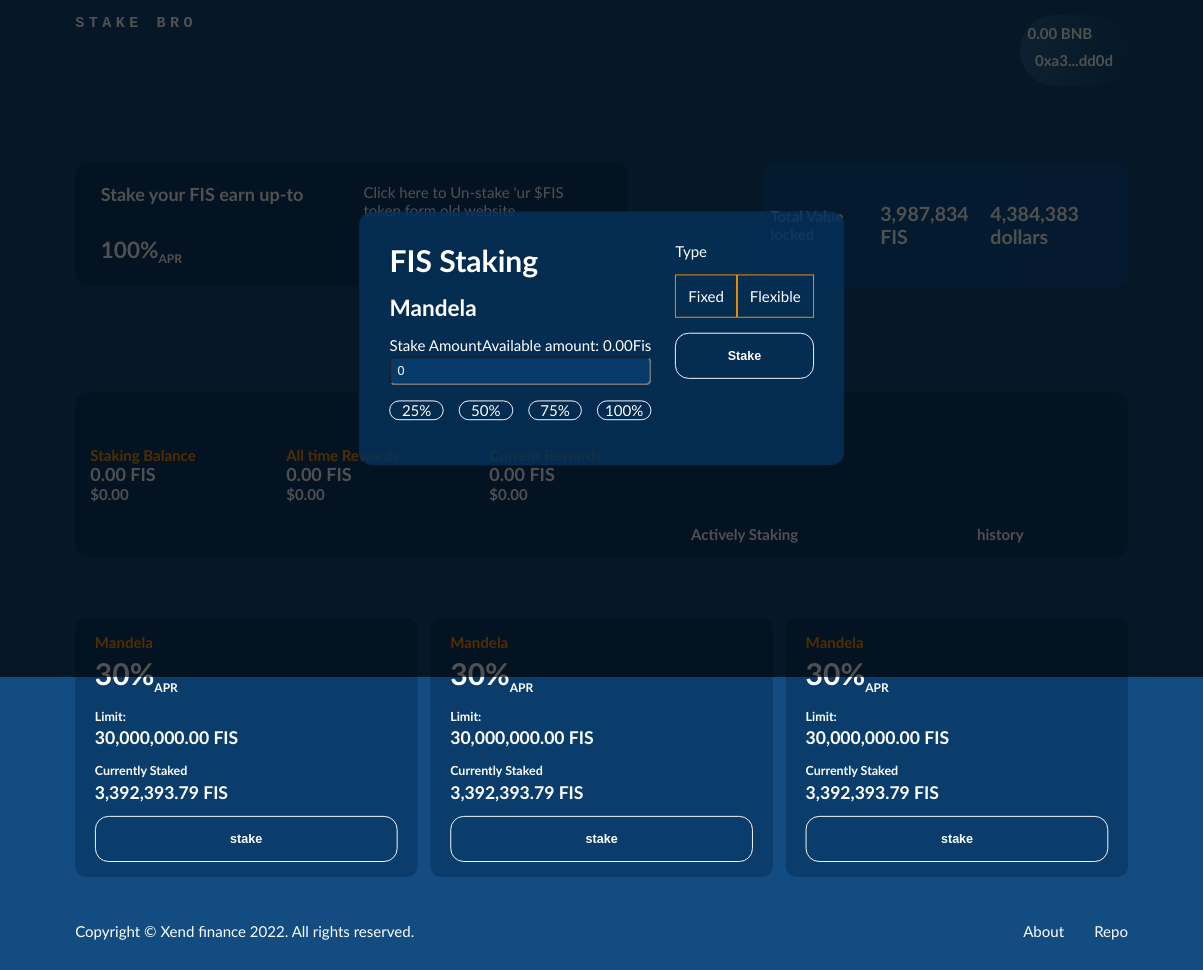
Repository: NorVirae/Stake
Page: /, after clicking the first element matching `button.stake-button`
These files come from the project's save history. The page is drawn as it stood at one moment and after a run of saves; the edit follows.
The browser window is 1280 px wide. The pictures show the whole page, at 94% of full size.
The project was rebuilt for these pictures with package versions that can differ from the ones it lists, and the page was loaded fresh each time.

Above is the page before, as saved 2022-04-18 19:19:49.

### src/App.tsx
import React, { useState } from 'react';
import AccountInfoCard from './components/cards/account-info-card';
import AprCard from './components/cards/apr-card';
import StakeModal from './components/modals/stake-modal';
import './styles/app.css'

function App() {
  const [isWalletConnected, setIsWalletConnected] = useState(false)
  const [showModal, setShowModal] = useState(false)

  return (
    <div className="stake-container">

      {showModal && <StakeModal showModal={showModal} setShowModal={setShowModal}/>}
      <header>
        <nav>
            <a href='logo' className='logo'>Stake Bro</a>
            <ul>
              {
                isWalletConnected?
                  <li className='connect-wallet-btn'>Connect Wallet</li>:
                  <li className='connect-wallet-btn'>0.00 BNB
                    <li className='connect-wallet-btn'>0xa3...dd0d</li>
                </li>
                }

            </ul>
        </nav>
      </header>



      <main>
        <section className='info-global'>
          <div className='info-main'>
            <div className='inner-container-left'>
              <h1 className='earn-text'> Stake your FIS earn up-to</h1>
              <h1>100%<sub className='sub'>APR</sub></h1>

            </div>

            <div className='inner-container-right'>
              <p>Click here to Un-stake 'ur $FIS token form old website</p>
              {/* <span>{"=>"}</span> */}
            </div>
          </div>

          <div className='public-stake-info'>
            <h3 className='total-locked'>Total Value locked</h3>
            <h1 className='total-locked-token'>3,987,834 FIS</h1>
            <h2 className='total-locked-dollars'>4,384,383 dollars</h2>

          </div>

        </section>

        <section className='connection-info'>
          {
          isWalletConnected?
          <div className={'connection-container-user'}>
            <div className='connection-info-text'>No Wallet connected</div>
            <div> Connect wallet to see your balance</div>
          </div>
          :
          <>
          <div className='user-stake-info-container'>
            <AccountInfoCard title='Staking Balance' token='0.00' dollarEquiv='0.00'/>

            <AccountInfoCard title='All time Rewards' token='0.00' dollarEquiv='0.00'/>


            <AccountInfoCard title='Current Rewards' token='0.00' dollarEquiv='0.00'/>


          </div>

          <div className='info-redirect'>
            <h1>Actively Staking </h1>
            <h1>history </h1>

          </div>

          </>
          }
        </section>

        <section className='reward'>
          <AprCard stakeAction={setShowModal}/>
          <AprCard stakeAction={setShowModal}/>
          <AprCard stakeAction={setShowModal}/>
        </section>

      </main>

      <footer>
        <div className='copyright-info'>
          Copyright &copy; Xend finance 2022. All rights reserved.
        </div>
        <ul>
          <li>About</li>
          <li>Repo</li>

        </ul>
      </footer>

    </div>
  );
}

export default App;

### src/components/cards/account-info-card.tsx
import React from 'react';

interface StakeInfoParams {
    title:string,
    token:string,
    dollarEquiv:string
}

const AccountInfoCard:React.FC<StakeInfoParams> = ({title, token, dollarEquiv}) => {
    return <div className='user-stake-info'>
                <h2 className='staking-balance'>{title}</h2>
                <h1 className='token-balance-fis'>{token} FIS</h1>
                <h2 className='token-balance-dollars'>${dollarEquiv}</h2>
            </div>
}

export default AccountInfoCard;

### src/components/cards/apr-card.tsx
import React, { useState } from "react";

interface AprCardInterface{
    stakeAction:any
}

const AprCard:React.FC<AprCardInterface> = ({stakeAction})=>{
    const [isWalletConnected, setIsWalletConnected] = useState(false)
    return <div className='apr-card'>
                <div className='mandela-container'>
                    <h4 className="mandela">Mandela</h4>
                    <h1 className="apr-announce">30%<sub className="sub">APR</sub></h1>
                </div>


                <div className='limit-container'>
                    <h5>Limit:</h5>
                    <h3>30,000,000.00 FIS</h3>
                </div>

                <div className='current-container'>
                    <h5>Currently Staked</h5>
                    <h3>3,392,393.79 FIS</h3>
                </div>

                {isWalletConnected?<button className="stake-button">No wallet connected</button>:
                <button onClick = {e=>stakeAction(true)}
                className="stake-button">stake</button>}

        </div>
}

export default AprCard;

### src/components/modals/stake-modal.tsx
import React, { useState } from 'react';


interface StakeModalInterface{
    setShowModal?:any,
    showModal:boolean
}

const StakeModal:React.FC<StakeModalInterface> = ({setShowModal, showModal}) => {

    const [amountToStake, setAmountToStake] = useState(0)
    return <div onClick={e=>setShowModal(false)} className='stake-modal-container'>

                <div onClick={e=>null} className='stake-modal'>
                    <div className='stake-inner-left'>
                        <h1>FIS Staking</h1>

                        <h2> Mandela</h2>

                        <form>
                            <fieldset className='form-group'>

                                <label className='form-label'><span>Stake Amount </span> <span>Available amount: 0.00Fis</span></label>
                                <input value={amountToStake} className='form-input'/>

                            </fieldset>
                        </form>

                        <div className='percentage-container'>

                            <div className='btn-percentage'>
                                25%

                            </div>

                            <div className='btn-percentage'>
                                50%

                            </div>

                            <div className='btn-percentage'>
                                75%

                            </div>

                            <div className='btn-percentage'>
                                100%

                            </div>
                        </div>

                        <div className='stake-type'>

                        </div>

                    </div>

                    <div className='stake-inner-right'>

                        <div className='type-title'>Type</div>
                        <div className='type-btn-container'>
                            <div className='btn-type'>
                                    Fixed
                            </div>

                            <div className='btn-type'>
                                    Flexible
                            </div>
                        </div>

                        <button className='stake-button'>Stake</button>
                    </div>

                </div>

            </div>


}
export default StakeModal;

### src/styles/app.css
*{
    padding: 0;
    margin: 0;

}

::-webkit-scrollbar{
    background-color: #134C81;
    width: .4rem;
}

::-webkit-scrollbar-thumb{
    background-color: #0c5ba5;
}

img {
    width: 100%;
}

li {
    list-style-type: none;
}

body{
    background-color: #134C81;
    color: #ffff;
    font-family:'Trebuchet MS', 'Lucida Sans Unicode', 'Lucida Grande', 'Lucida Sans', Arial, sans-serif;
}
.stake-container {
    max-width: 70rem;
    margin:auto;
    display: flex;
    flex-direction: column;
    gap: 1rem;
}


nav {
    display:  flex;
    justify-content: space-between;
    padding: 1rem 0;
    position: sticky;
    top:0;
}

main {
    display: flex;
    flex-direction: column;
    gap:4rem;
}
.logo {
    text-decoration: none;
    font-family: 'Courier New', Courier, monospace;
    font-weight: 900;
    color: #ffff;
    letter-spacing: .3rem;
    text-transform: uppercase;
}

.connect-wallet-btn{
    padding: .6rem .5rem;
    background-image: linear-gradient(to right, #2d6797, #134C81  );
    font-weight: bold;
    border-radius: 3rem;
    transition: background-image .5s ease-in-out;
}

.connect-wallet-btn:hover{
    background-image: linear-gradient(to right, #134C81, #2d6797 );
    cursor: pointer;
    color: rgb(225, 225, 235);

}

.info-global{
    display: flex;
    justify-content: space-between;
    padding: 3rem 0;
    gap: 9rem;
}

.info-main{
    display: flex;
    background-color: #05315a88;
    border-radius: .9rem;
    padding: .5rem .9rem;

}

.inner-container-left, .inner-container-right{

    width: 100%;
    padding: .9rem .8rem;
    border-radius: .9rem;
    display: flex;
    flex-direction: column;
    gap:2rem
}



.earn-text {
    font-size: 1.2rem;
}

.sub{
    font-size: .8rem;
}

.public-stake-info {
    display: flex;
    justify-content: center;
    align-items: center;
    border-radius: .9rem;
    padding: .5rem;
    gap: .4rem;

    background-color: #0c5ba588;

}


.total-locked{
    font-size: 1rem;

}

.total-locked-token{
    font-size: 1.3rem;
}

.total-locked-dollars {
    font-size: 1.3rem;
}


.connection-info{
    display: flex;
    background-color: #05315a88;
    border-radius: .9rem;
    justify-content: center;
    align-items: center;
    height: 20vh;
    padding: 1rem 1rem;

}

.connection-info-text {
    font-size: 1.2rem;
    text-transform: uppercase;
}

.user-stake-info-container{
    display: flex;
    justify-content: space-between;
    width: 100%;
}

.staking-balance{
    font-size: 1rem;
    color: #FF9100;;
}

.token-balance-fis{
    font-size: 1.2rem;
}

.token-balance-dollars{
    font-size: 1rem;
}

.info-redirect{
    width: 100%;
    height: 100%;
    display: flex;
    justify-content: flex-end;
    align-items: flex-end;
    justify-content: space-around;
}

.info-redirect h1 {
    font-size: 1rem;
}

.connection-container-user{
    display: flex;
    flex-direction: column;
    justify-content: center;
    align-items: center;
}


.reward{
    display: flex;
    justify-content: space-between;
    gap: .9rem;
}

.apr-card{
    background-color: #05315a88;
    padding: 1rem 1.3rem;
    border-radius: .7rem;
    display: flex;
    flex-direction: column;
    justify-content: space-around;
    flex: 1;
    gap: .9rem;
}

.mandela-container{
    display: flex;
    flex-direction: column;
    justify-content: space-between;
    gap:.3rem;
}

.mandela{
    font-size: 1rem;
    color: #FF9100;

}

.apr-announce{
    font-size: 2rem;
}

.limit-container{
    display: flex;
    flex-direction: column;
    justify-content: space-between;
    gap:.3rem;
}

.current-container{
    display: flex;
    flex-direction: column;
    justify-content: space-between;
    gap:.3rem;
}

.stake-button{
    border-radius: .9rem;
    border: .1px solid white;
    background-color: transparent;
    padding: 1rem .6rem;
    color: #fff;
    font-weight: bold;
    transition: color .4s ease-in-out, border .4s ease-in-out;

}

.stake-button:hover{
    cursor: pointer;
    color: #FF9100;
    border: .1px solid #FF9100;

}

footer{
    display: flex;
    justify-content: space-between;
    padding: 2rem 0;

}
.copyright-info{
    display: flex;
}

footer ul{
    display: flex;
    gap: 2rem;
}


/* Stake Modal */
.stake-modal-container{
    z-index: 9;
    background-color: rgba(0, 0, 0, 0.685);
    position: fixed;
    width: 100vw;
    height: 100vh;
    top: 0%;
    left: 0%;
    display: flex;
    justify-content: center;
    align-items: center;

}

.stake-modal-container:hover{
    cursor: pointer;
}

.stake-modal{
    display: flex;
    background-color: #05315ad2;
    padding: 2rem;
    border-radius: .9rem;
    gap: .6rem;
    z-index: 8;
}

.stake-inner-left{
    display: flex;
    flex-direction: column;
    padding-right: 1rem;
    gap: 1rem;
}

.form-group{
    display: flex;
    flex-direction: column;
    border: none;
    gap: .2rem;

}

.form-label{
    display: flex;
    justify-content: space-between;
}

.form-input {
    border-radius: .4rem;
    padding: .4rem;
    background-color: #0c5ba54b;
    color: #fff;
}

.percentage-container{
    display: flex;
    justify-content: space-between;
    gap: 1rem;
}

.btn-percentage{
    border: .1rem solid #fff;
    border-radius: .9rem;
    flex:1;
    display: flex;
    justify-content: center;
    align-items: center;
    transition: background-color .4s ease-in-out, color .4s ease-in-out;
}

.btn-percentage:hover{
    background-color: #fff;
    color: #0c5ba5;
    cursor: pointer;
}

.stake-inner-right{
    display: flex;
    flex-direction: column;
    gap: 1rem;
}

.type-btn-container{
    display: flex;

}

.btn-type {
    border: .1px solid #FF9100;
    padding: .8rem;
    gap: .6rem;
}

Loaded but not shown: public/index.html (common file); src/index.tsx (common file); src/reportWebVitals.ts (common file)

After the next 2 saves:
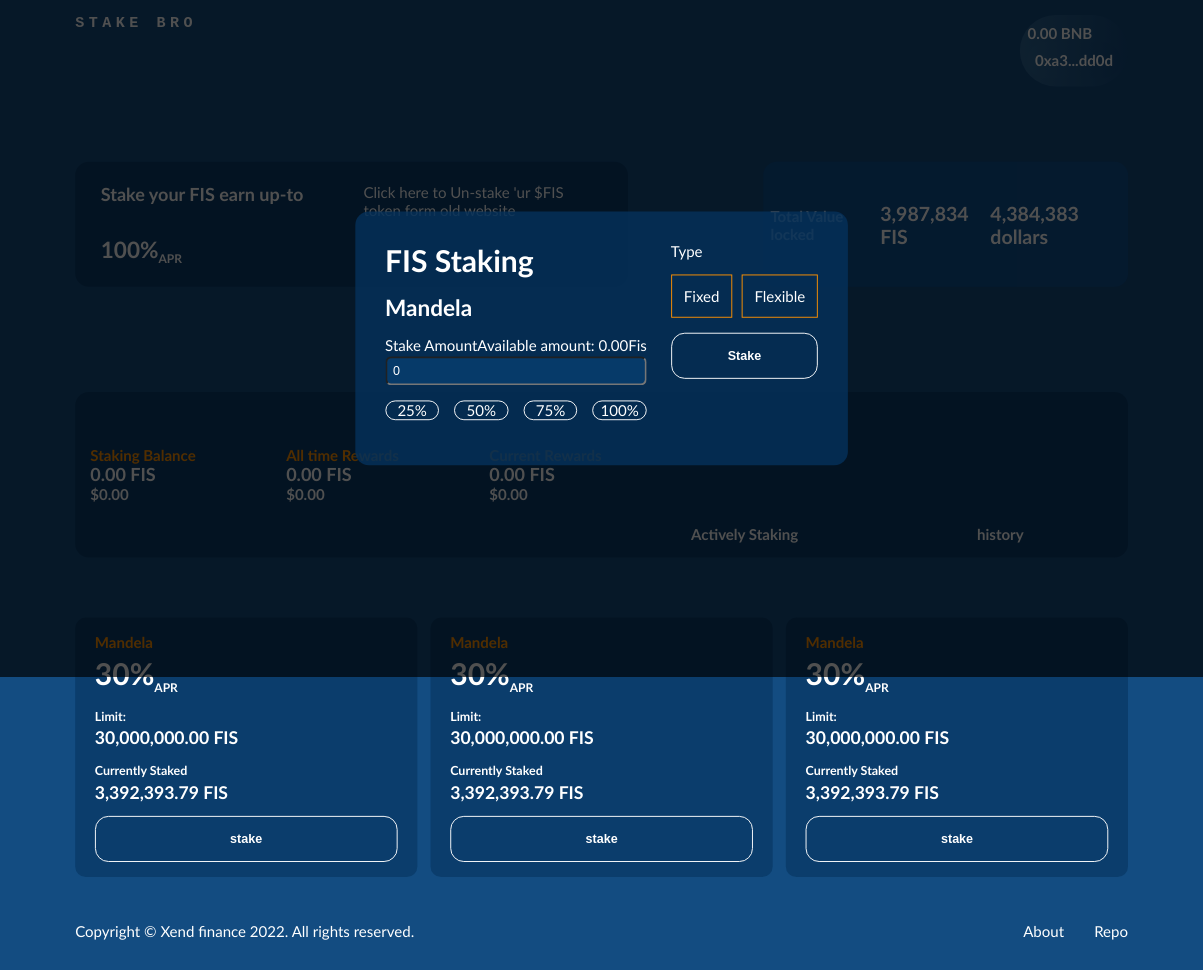
The 2 saves are shown as one change because they came seconds apart.
The last was saved 18 s later.
--- a/src/styles/app.css
+++ b/src/styles/app.css
@@ -357,11 +357,12 @@
 
 .type-btn-container{
     display: flex;
+    gap: .6rem;
+
 
 }
 
 .btn-type {
     border: .1px solid #FF9100;
     padding: .8rem;
-    gap: .6rem;
-}
+}
